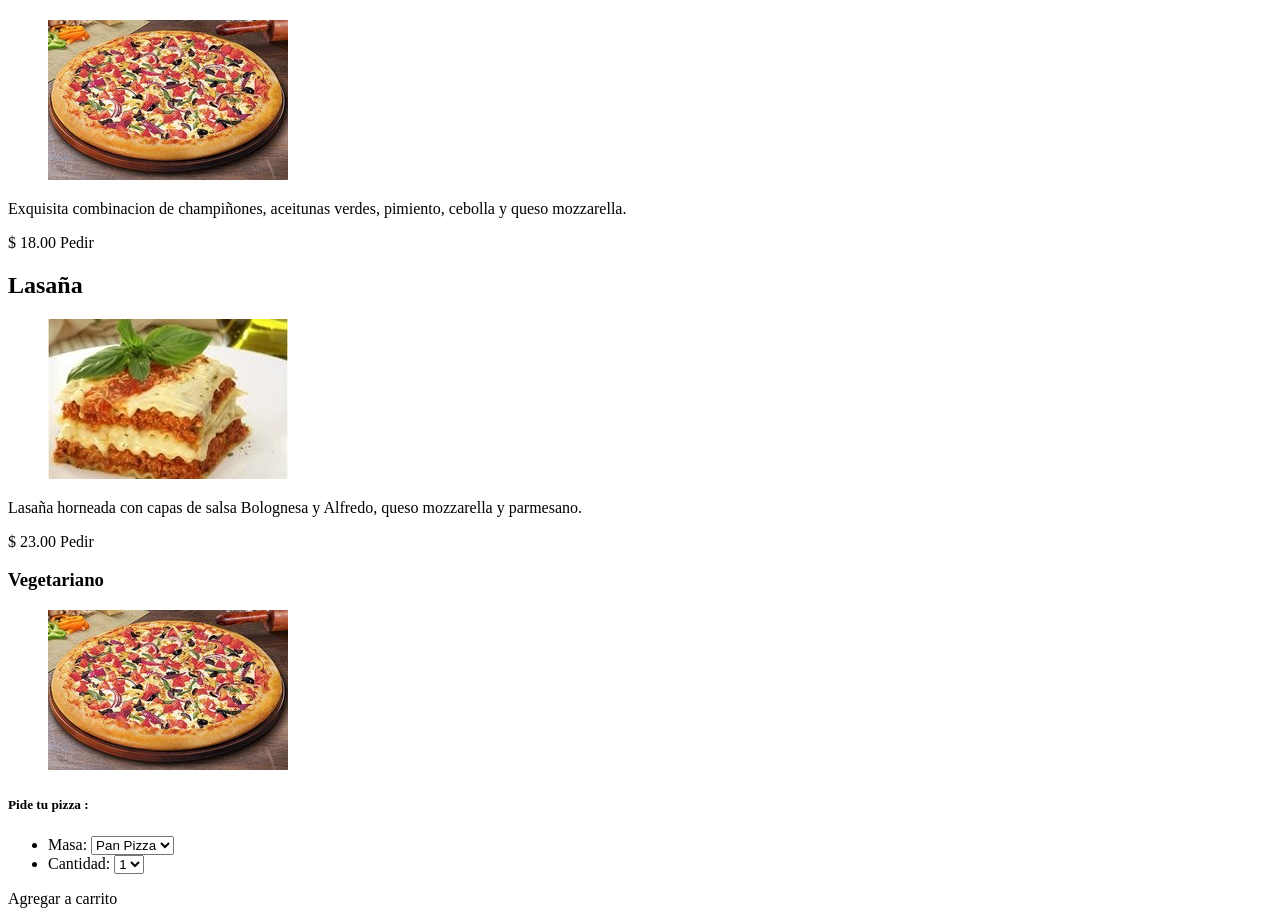
Repository: ProSoft-PDSI/sdsddo
Page: http://localhost/sdsr/Especiales
An editor plug-in stored every save of this project. The page is shown before and after the next save, followed by the edit.
The browser window is 1280 px wide. The pictures show the whole page.
The page is served by Tomcat 9. Other server files are loaded and not shown. Queries for data that is not in the repository find no rows.

Above is the page before, as saved 2014-07-21 00:38:44.

### Web/sdsr/WebContent/Especiales.jsp
<%@ page language="java" contentType="text/html; charset=ISO-8859-1"
    pageEncoding="ISO-8859-1"%>
<%@ taglib prefix="c" uri="http://java.sun.com/jsp/jstl/core"%>
<!DOCTYPE html>
<html>
<head>
<meta charset="utf-8">
<title></title>
</head>
<body id="page4">
<div class="body6">
	<div class="body1">
		<div class="main">
<!-- content -->
			<article id="content">
				<div class="wrap">
					<section class="cols">
						<div class="box">
							<div>
								<h2 class="letter_spacing"><c:out value="${i.nombre}"></c:out></h2>
								<figure><img src="images/esp_1.jpg" alt="" ></figure>
								<p class="pad_bot1"> Exquisita combinacion de champiñones, aceitunas verdes, pimiento, cebolla y queso mozzarella.</p>
								<a class="md-trigger" data-modal="modal-1" class="button1">$ 18.00 Pedir</a>
							</div>
						</div>
					</section>
					<section class="cols pad_left1">
						<div class="box">
							<div>
								<h2>Lasaña </h2>
								<figure><img src="images/esp_2.jpg" alt="" ></figure>
								<p class="pad_bot1">Lasaña horneada con capas de salsa Bolognesa y Alfredo, queso mozzarella y parmesano.</p>
								<a class="md-trigger" data-modal="modal-2" class="button1">$ 23.00 Pedir</a>
							</div>
						</div>
					</section>
				</div>
			</article>
		</div>
	</div>
</div>
<div id="modal-1" class="md-modal md-effect-1" >
			<div class="md-content">
				<h3><span>Vegetariano</span></h3>
				<div>
					<h3><figure><img src="images/esp_1.jpg" alt="" ></figure></h3>
					<h5>Pide tu pizza :</h5>
						 <ul>
							<li>Masa:
								<select>
									<option>Pan Pizza</option>
									<option>PHD</option>
								</select>
							</li>
							<li>Cantidad:
								<select>
									<option>1</option>
									<option>2</option>
									<option>3</option>
									<option>4</option>
									<option>5</option>
								</select>
							</li>
						</ul>
						<a class="button1" class="md-close"> Agregar a carrito</a>
		        </div>
        </div>
</div>

</body>
</html>

### Web/sdsr/src/controller/PedidosController.java
package controller;

import java.io.IOException;
import java.util.List;
import java.util.Vector;

import javax.servlet.RequestDispatcher;
import javax.servlet.ServletException;
import javax.servlet.annotation.WebServlet;
import javax.servlet.http.HttpServlet;
import javax.servlet.http.HttpServletRequest;
import javax.servlet.http.HttpServletResponse;
import javax.servlet.http.HttpSession;

import entity.Cliente;
import entity.DetallePedido;
import entity.Pedido;
import entity.Usuario;
import model.ControlModel;
import model.PedidosModel;
import model.ProductoModel;

@WebServlet({"/InsertarPedido","/EliminarPedido","/ModificarPedido","/ListaPedidos","/Entrada","/Pizza","/Especiales","/InsertaLista"})
public class PedidosController extends HttpServlet {
	private static final long serialVersionUID = 1L;
	List<DetallePedido> listapedido = new Vector<DetallePedido>();

    public PedidosController() {
        super();
    }

    protected void doPost(HttpServletRequest request, HttpServletResponse response) throws ServletException, IOException {
		String alias = request.getServletPath();
		if(alias.equals("/Entrada")){
			EntradaPost(request,response);
		}else if(alias.equals("/Pizza")){
			PizzaPost(request,response);
		}else if(alias.equals("/Especiales")){
			EspecialesPost(request,response);
		}else if(alias.equals("/InsertarPedido")){
			InsertarPedido(request,response);
		}
    }


	private void EspecialesPost(HttpServletRequest request,
			HttpServletResponse response) throws ServletException, IOException {
		try {
			ProductoModel model = new ProductoModel();
			request.setAttribute("listaespecial", model.getEspeciales());

			HttpSession session = request.getSession(true);
			String codProducto = (String) request.getParameter("codigo");
			int cantidad = Integer.parseInt((String)request.getParameter("cant"));
			DetallePedido bean = new DetallePedido();
			ControlModel model1 = new ControlModel();
			bean.setNropedido(model1.getValor("pedido"));
			bean.setCodproducto(codProducto);
			bean.setCant(cantidad);
			listapedido.add(bean);
			session.setAttribute("lista", listapedido);
		} catch (Exception e) {
			System.out.println(e.getMessage());
		}
		RequestDispatcher rd;
		rd = request.getRequestDispatcher("Pedido.jsp");
		rd.forward(request, response);

	}

	private void PizzaPost(HttpServletRequest request,
			HttpServletResponse response) throws ServletException, IOException {
		try {
			ProductoModel model = new ProductoModel();
			request.setAttribute("listapizza", model.getPizza());
			request.setAttribute("listapizzaclasico", model.getPizzaClasico());

			HttpSession session = request.getSession(true);
			String codProducto = (String) request.getParameter("codigo");
			int cantidad = Integer.parseInt((String)request.getParameter("cant"));
			DetallePedido bean = new DetallePedido();
			ControlModel model1 = new ControlModel();
			bean.setNropedido(model1.getValor("pedido"));
			bean.setCodproducto(codProducto);
			bean.setCant(cantidad);
			listapedido.add(bean);
			session.setAttribute("lista", listapedido);
		} catch (Exception e) {
			System.out.println(e.getMessage());
		}

		RequestDispatcher rd;
		rd = request.getRequestDispatcher("Pedido.jsp");
		rd.forward(request, response);
	}

	private void EntradaPost(HttpServletRequest request,
			HttpServletResponse response) throws ServletException, IOException {
		try {
		ProductoModel model = new ProductoModel();
		request.setAttribute("listaentrada", model.getEntrada());
		request.setAttribute("listaentradaclasico", model.getEntradaClasico());

		HttpSession session = request.getSession(true);
		String codProducto = (String) request.getParameter("codigo");
		int cantidad = Integer.parseInt((String)request.getParameter("cant"));
		DetallePedido bean = new DetallePedido();
		ControlModel model1 = new ControlModel();
		bean.setNropedido(model1.getValor("pedido"));
		bean.setCodproducto(codProducto);
		bean.setCant(cantidad);
		listapedido.add(bean);
		session.setAttribute("lista", listapedido);
		} catch (Exception e) {
			System.out.println(e.getMessage());
		}
		RequestDispatcher rd;
		rd = request.getRequestDispatcher("Pedido.jsp");
		rd.forward(request, response);

	}

	protected void doGet(HttpServletRequest request, HttpServletResponse response) throws ServletException, IOException {
		String alias = request.getServletPath();
		if(alias.equals("/ListaPedidos")){
				ListaPedidos(request,response);
		}else if(alias.equals("/Entrada")){
			Entrada(request,response);
		}else if(alias.equals("/Pizza")){
			Pizza(request,response);
		}else if(alias.equals("/Especiales")){
			Especiales(request,response);
		}
	}

	private void Especiales(HttpServletRequest request,
			HttpServletResponse response) throws ServletException, IOException {
		ProductoModel model = new ProductoModel();
		request.setAttribute("listaespecial", model.getEspeciales());
		RequestDispatcher rd;
		rd = request.getRequestDispatcher("Especiales.jsp");
		rd.forward(request, response);

	}


	private void Pizza(HttpServletRequest request, HttpServletResponse response) throws ServletException, IOException {
		try{
		ProductoModel model = new ProductoModel();
		request.setAttribute("listapizza", model.getPizza());
		request.setAttribute("listapizzaclasico", model.getPizzaClasico());
		} catch (Exception e) {
			System.out.println(e.getMessage());
		}
		RequestDispatcher rd;
		rd = request.getRequestDispatcher("Clasica.jsp");
		rd.forward(request, response);

	}

	private void Entrada(HttpServletRequest request, HttpServletResponse response) throws ServletException, IOException {
		try{
		ProductoModel model = new ProductoModel();
		request.setAttribute("listaentrada", model.getEntrada());
		request.setAttribute("listaentradaclasico", model.getEntradaClasico());
		} catch (Exception e) {
			System.out.println(e.getMessage());
		}
		RequestDispatcher rd;
		rd = request.getRequestDispatcher("Entrada.jsp");
		rd.forward(request, response);

	}

	private void ListaPedidos(HttpServletRequest request,
			HttpServletResponse response) throws ServletException, IOException {
			HttpSession session = request.getSession(true);
			session.getAttribute("lista");
			RequestDispatcher rd = request.getRequestDispatcher("Pedido.jsp");
			rd.forward(request, response);

	}

	private void InsertarPedido(HttpServletRequest request,
			HttpServletResponse response) throws ServletException, IOException {
			try{
			HttpSession session = request.getSession(true);
				Cliente cli = (Cliente)session.getAttribute("cliente");
				Usuario usu = (Usuario)session.getAttribute("user");
				PedidosModel model = new PedidosModel();
				ControlModel model1 = new ControlModel();
				String codigo = model1.getValor("pedido");
				model.InsertarPedidos(cli.getDni(),usu.getUsuario());
				model.InsertaProductosDetallePedido(listapedido, usu.getUsuario());
				Pedido pedido = model.getPedido(codigo);
				session.setAttribute("nropedido",codigo);
				session.setAttribute("totalpedido", pedido.getTotalpedido());
				System.out.println(pedido.getTotalpedido());
				request.setAttribute("mensaje", "insercion Exitosa");
				session.removeAttribute("listapedido");
			} catch (Exception e) {
				System.out.println(e.getMessage());
			}
			RequestDispatcher rd = request.getRequestDispatcher("Pagos.jsp");
			rd.forward(request, response);
	}

}

### Web/sdsr/src/model/ProductoModel.java
package model;

import java.util.List;

import dao.impl.ProductoDaoImpl;
import dao.spec.ProductoDao;
import entity.Producto;

public class ProductoModel {
	public List<Producto> getEntrada(){
		ProductoDao dao = new ProductoDaoImpl();
		List<Producto> entrada = dao.getEntrada();
		return entrada;
	}

	public List<Producto> getEntradaClasico(){
		ProductoDao dao = new ProductoDaoImpl();
		List<Producto> entrada = dao.getEntradaClasico();
		return entrada;
	}

	public List<Producto> getPizza(){
		ProductoDao dao = new ProductoDaoImpl();
		List<Producto> entrada = dao.getPizza();
		return entrada;
	}

	public List<Producto> getEspeciales(){
		ProductoDao dao = new ProductoDaoImpl();
		List<Producto> entrada = dao.getEspeciales();
		return entrada;
	}

	public List<Producto> getPizzaClasico(){
		ProductoDao dao = new ProductoDaoImpl();
		List<Producto> entrada = dao.getPizzaClasico();
		return entrada;
	}

	public Producto getProducto(String codProducto){
		ProductoDao dao = new ProductoDaoImpl();
		return dao.getProducto(codProducto);

	}
}

### Web/sdsr/src/dao/spec/ProductoDao.java
package dao.spec;

import java.util.List;

import entity.Producto;

public interface ProductoDao {
	List<Producto> getEntrada();
	List<Producto> getEntradaClasico();
	List<Producto> getPizza();
	List<Producto> getPizzaClasico();
	List<Producto> getEspeciales();
	Producto getProducto(String Producto);
	String getNombreProducto(String codproducto);
}

### Web/sdsr/src/dao/util/RowMapper.java
package dao.util;

import java.sql.ResultSet;

public interface RowMapper<T> {
	public abstract T mapRow(ResultSet rs);
}

### Web/sdsr/src/dao/impl/ProductoDaoImpl.java
package dao.impl;

import java.sql.Connection;
import java.sql.PreparedStatement;
import java.sql.ResultSet;
import java.sql.SQLException;
import java.sql.Statement;
import java.util.ArrayList;
import java.util.List;

import dao.spec.ProductoDao;
import dao.util.AccesoDB;
import dao.util.RowMapper;
import entity.Producto;

public class ProductoDaoImpl implements ProductoDao,RowMapper<Producto> {

	@Override
	public List<Producto> getEntrada() {
		List<Producto> menu=new ArrayList<Producto>();
		Connection cn=null;
		try {
			cn = AccesoDB.getConnection();
			String sql="select * from producto where categoria = 'normal' and codproducto like 'EN%' ";
			Statement stm = cn.createStatement();
			ResultSet rs = stm.executeQuery(sql);
			while(rs.next()){
				menu.add(mapRow(rs));
			}
			rs.close();
			stm.close();
		} catch (Exception e) {
			throw new RuntimeException(e.getMessage());
		}finally{
			try {
				cn.close();
			} catch (SQLException e) {
				throw new RuntimeException(e.getMessage());
			}
		}
		return menu;
	}


	public List<Producto> getEntradaClasico() {
		List<Producto> menu=new ArrayList<Producto>();
		Connection cn=null;
		try {
			cn = AccesoDB.getConnection();
			String sql="select * from producto where categoria = 'clasico' and codproducto like 'EN%' ";
			Statement stm = cn.createStatement();
			ResultSet rs = stm.executeQuery(sql);
			while(rs.next()){
				menu.add(mapRow(rs));
			}
			rs.close();
			stm.close();
		} catch (Exception e) {
			throw new RuntimeException(e.getMessage());
		}finally{
			try {
				cn.close();
			} catch (SQLException e) {
				throw new RuntimeException(e.getMessage());
			}
		}
		return menu;
	}


	public Producto mapRow(ResultSet rs) {
		Producto bean = new Producto();
		try {
			bean.setCodProducto(rs.getString("codproducto"));
			bean.setNombre(rs.getString("nombreproducto"));
			bean.setDescripcion(rs.getString("descrproducto"));
			bean.setPrecio(rs.getDouble("preciounitario"));
			bean.setCategoria(rs.getString("categoria"));
			bean.setImagen(rs.getString("imagen"));
			bean.setStock(rs.getInt("stock"));
		} catch (SQLException e) {
			throw new RuntimeException(e.getMessage());
		}
		return bean;

	}

	@Override
	public Producto getProducto(String codproducto) {
		Connection cn=null;
		Producto pro = new Producto();
		try {
			cn = AccesoDB.getConnection();
			String sql="select * from producto where codproducto = ?";
			PreparedStatement pstm = cn.prepareStatement(sql);
			pstm.setString(1, codproducto);
			ResultSet rs = pstm.executeQuery(sql);
			rs.next();
			pro=mapRow(rs);
			rs.close();
			pstm.close();
		} catch (Exception e) {
			throw new RuntimeException(e.getMessage());
		}finally{
			try {
				cn.close();
			} catch (SQLException e) {
				throw new RuntimeException(e.getMessage());
			}
		}
		return pro;
	}

	@Override
	public String getNombreProducto(String codproducto) {
		Connection cn=null;
		String nombre=null;
		try {
			cn = AccesoDB.getConnection();
			String sql="select nombreproducto from producto where codproducto = ?";
			PreparedStatement pstm = cn.prepareStatement(sql);
			pstm.setString(1, codproducto);
			ResultSet rs = pstm.executeQuery(sql);
			while(rs.next()){
				nombre= rs.getString("nombreproducto");
			}

			rs.close();
			pstm.close();
		} catch (Exception e) {
			throw new RuntimeException(e.getMessage());
		}finally{
			try {
				cn.close();
			} catch (SQLException e) {
				throw new RuntimeException(e.getMessage());
			}
		}
		return nombre;
	}


	@Override
	public List<Producto> getPizza() {
		List<Producto> menu=new ArrayList<Producto>();
		Connection cn=null;
		try {
			cn = AccesoDB.getConnection();
			String sql="select replace(nombreproducto,'Personal',''),descrproducto,categoria,imagen,stock from producto where categoria = 'normal'"
					+ "and codproducto like 'PI%'"
					+ "and nombreproducto like '%Personal'";
			Statement stm = cn.createStatement();
			ResultSet rs = stm.executeQuery(sql);
			while(rs.next()){
				Producto bean = new Producto();
				bean.setCodProducto("PI");
				bean.setNombre(rs.getString(1));
				bean.setDescripcion(rs.getString("descrproducto"));
				bean.setPrecio(0);
				bean.setCategoria(rs.getString("categoria"));
				bean.setImagen(rs.getString("imagen"));
				bean.setStock(rs.getInt("stock"));
				menu.add(bean);
			}
			rs.close();
			stm.close();
		} catch (Exception e) {
			throw new RuntimeException(e.getMessage());
		}finally{
			try {
				cn.close();
			} catch (SQLException e) {
				throw new RuntimeException(e.getMessage());
			}
		}
		return menu;
	}


	@Override
	public List<Producto> getPizzaClasico() {
		List<Producto> menu=new ArrayList<Producto>();
		Connection cn=null;
		try {
			cn = AccesoDB.getConnection();
			String sql="select replace(nombreproducto,'Personal',''),descrproducto,categoria,imagen,stock from producto where categoria = 'clasico'"
					+ "and codproducto like 'PI%'"
					+ "and nombreproducto like '%Personal'";
			Statement stm = cn.createStatement();
			ResultSet rs = stm.executeQuery(sql);
			while(rs.next()){
				Producto bean = new Producto();
				bean.setCodProducto("PI");
				bean.setNombre(rs.getString(1));
				bean.setDescripcion(rs.getString("descrproducto"));
				bean.setPrecio(0);
				bean.setCategoria(rs.getString("categoria"));
				bean.setImagen(rs.getString("imagen"));
				bean.setStock(rs.getInt("stock"));
				menu.add(bean);
			}
			rs.close();
			stm.close();
		} catch (Exception e) {
			throw new RuntimeException(e.getMessage());
		}finally{
			try {
				cn.close();
			} catch (SQLException e) {
				throw new RuntimeException(e.getMessage());
			}
		}
		return menu;
	}


	@Override
	public List<Producto> getEspeciales() {
		List<Producto> menu=new ArrayList<Producto>();
		Connection cn=null;
		try {
			cn = AccesoDB.getConnection();
			String sql="select * from producto where codproducto like 'ES%'";
			Statement stm = cn.createStatement();
			ResultSet rs = stm.executeQuery(sql);
			while(rs.next()){
				menu.add(mapRow(rs));
			}
			rs.close();
			stm.close();
		} catch (Exception e) {
			throw new RuntimeException(e.getMessage());
		}finally{
			try {
				cn.close();
			} catch (SQLException e) {
				throw new RuntimeException(e.getMessage());
			}
		}
		return menu;
	}

}

### Web/sdsr/src/dao/util/AccesoDB.java
package dao.util;

import java.sql.Connection;
import java.sql.DriverManager;

public class AccesoDB {
	public static Connection getConnection() throws Exception {
		String driver = "oracle.jdbc.driver.OracleDriver";
		String url = "jdbc:oracle:thin:@localhost:1521/XE";
		String user = "restaurante";
		String pass = "admin";
		Class.forName(driver).newInstance();
		Connection cn=DriverManager.getConnection(url,user,pass);
		return cn;
	}
}

After the next save:
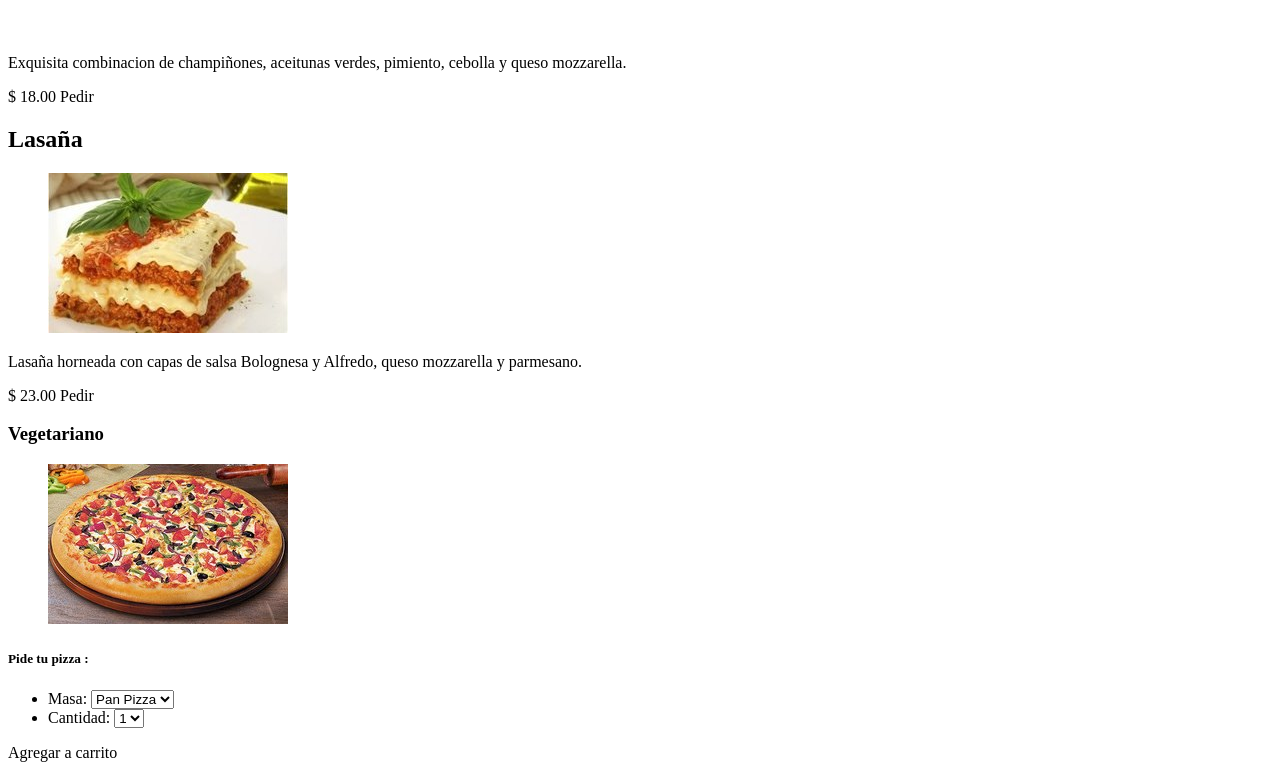
Saved 15 s later.
--- a/Web/sdsr/WebContent/Especiales.jsp
+++ b/Web/sdsr/WebContent/Especiales.jsp
@@ -18,7 +18,7 @@
 						<div class="box">
 							<div>
 								<h2 class="letter_spacing"><c:out value="${i.nombre}"></c:out></h2>
-								<figure><img src="images/esp_1.jpg" alt="" ></figure>
+								<figure><img src="${i.imagen}" alt="" ></figure>
 								<p class="pad_bot1"> Exquisita combinacion de champiñones, aceitunas verdes, pimiento, cebolla y queso mozzarella.</p>
 								<a class="md-trigger" data-modal="modal-1" class="button1">$ 18.00 Pedir</a>
 							</div>
